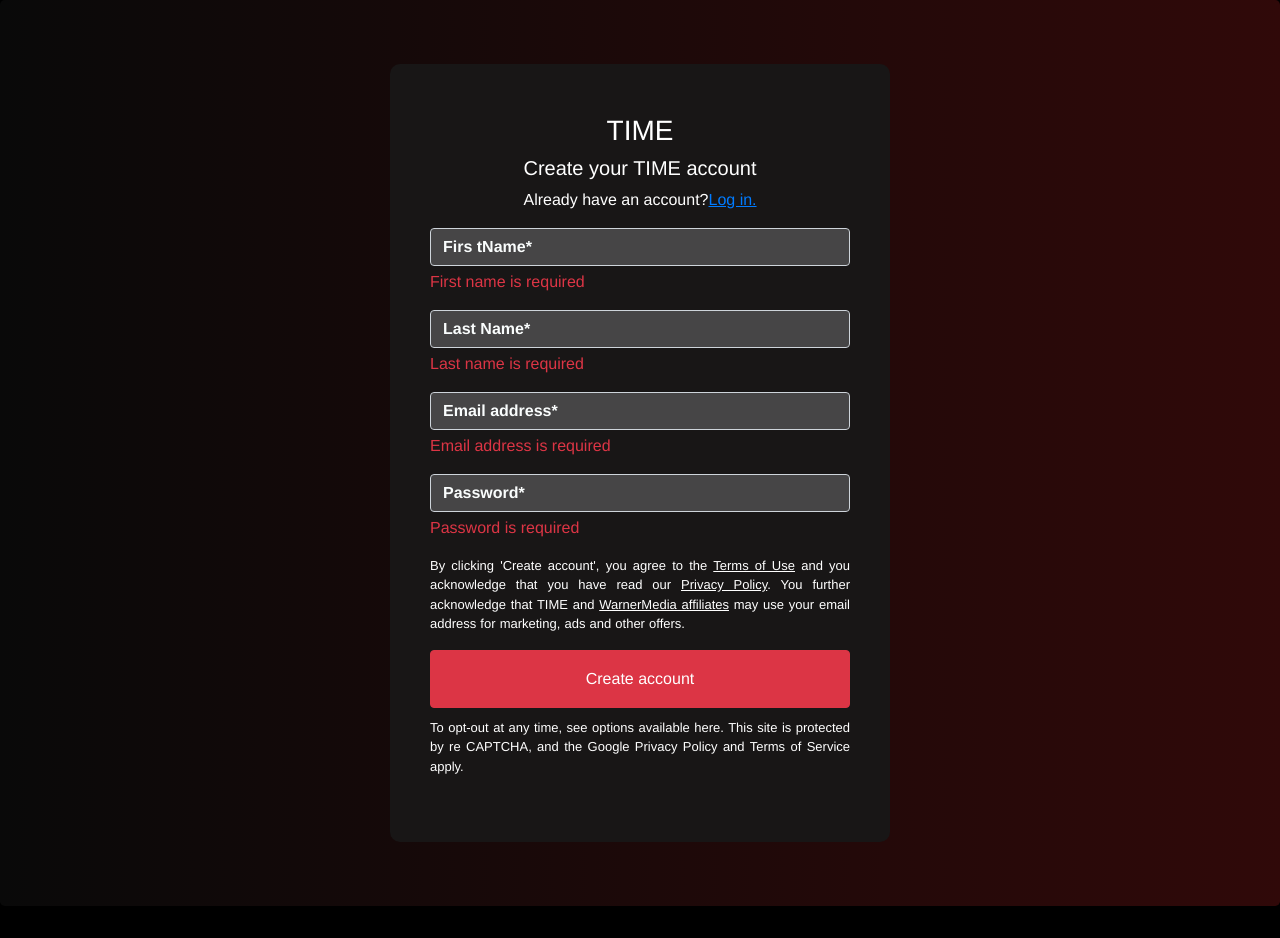
Repository: Vu14082002/WebTinTuc
Page: html/SignUp.html
An editor plug-in stored every save of this project. The page is shown before and after the next save, followed by the edit.
The browser window is 1280 px wide. The pictures show the whole page.
Some web libraries are served in a nearby version.

Above is the page before, as saved 2022-04-09 14:38:26.

After the next save:
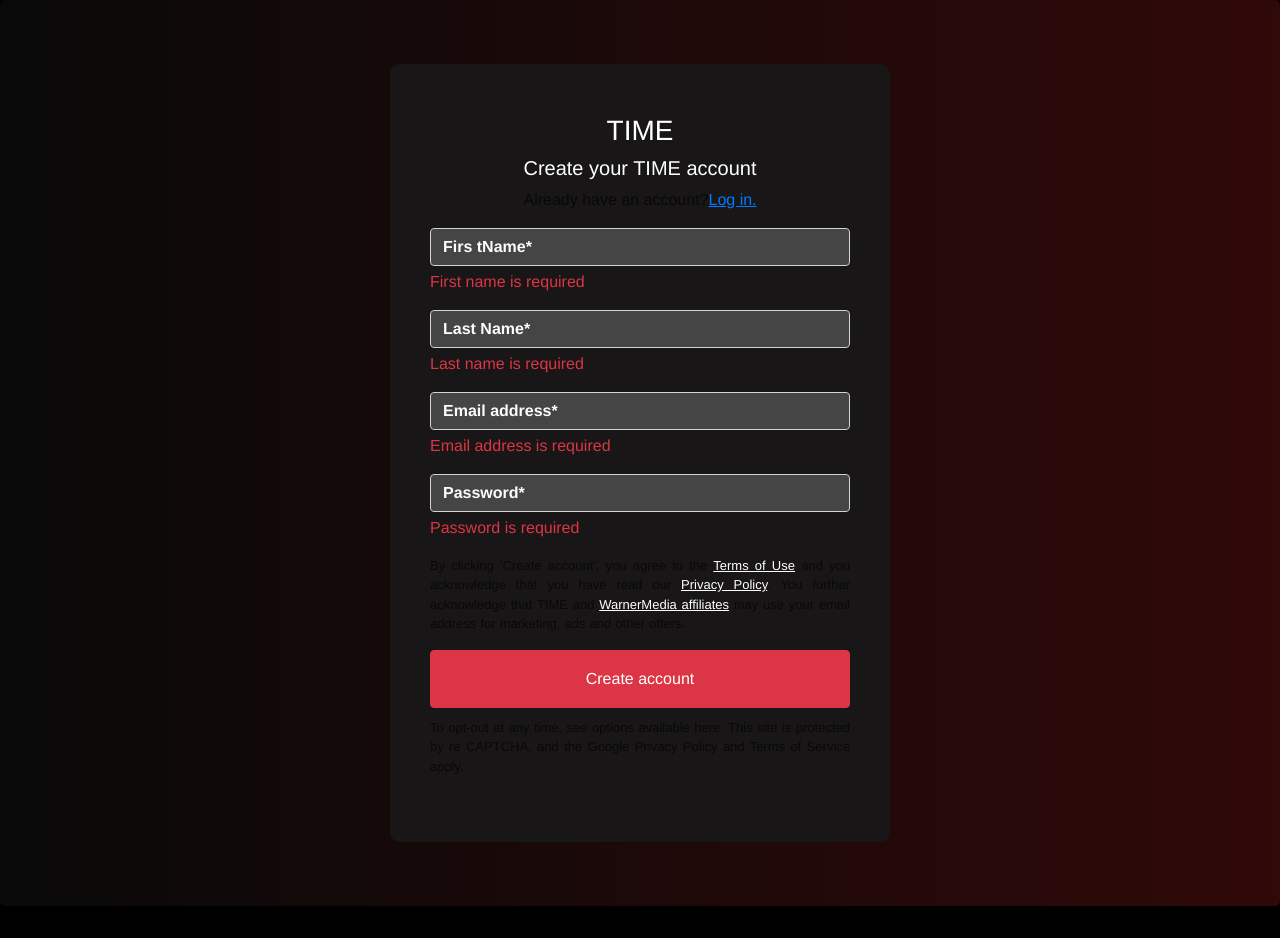
Saved 5 s later.
--- a/css/login.css
+++ b/css/login.css
@@ -56,5 +56,5 @@
 
 }
 p{
-    co
+    color: #090909 !important;
 }
